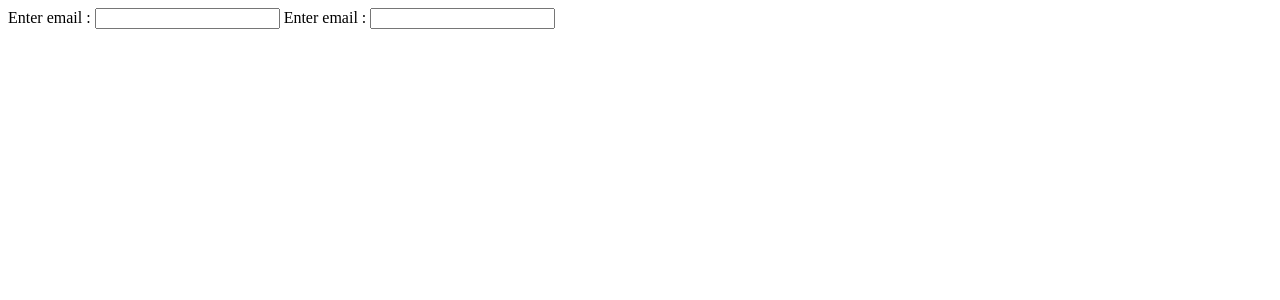
Repository: deepakkthakur/java
Page: GetPostDemo/src/main/webapp/index.html
These files come from the project's save history. The page is drawn as it stood at one moment and after the next save; the edit follows.
The browser window is 1280 px wide. The pictures show the whole page.

Above is the page before, as saved 2024-04-10 08:22:40.

### GetPostDemo/src/main/webapp/index.html
<!DOCTYPE html>
<html>
<head>
<meta charset="ISO-8859-1">
<title>Insert title here</title>
</head>
<body>
<form action="login" method="post">

	Enter email : <input type="email" name="email"/>
	Enter email : <input type="password" name="password"/>
</form>
</body>
</html>

After the next save:
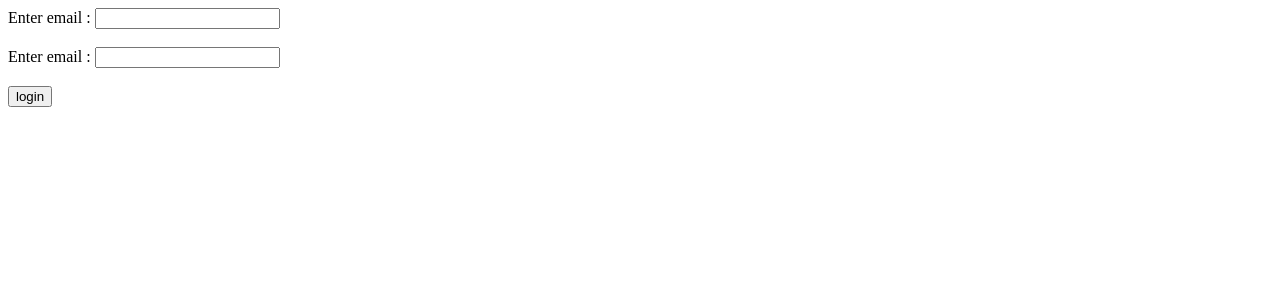
Saved 83 s later.
--- a/GetPostDemo/src/main/webapp/index.html
+++ b/GetPostDemo/src/main/webapp/index.html
@@ -7,8 +7,10 @@
 <body>
 <form action="login" method="post">
 
-	Enter email : <input type="email" name="email"/>
-	Enter email : <input type="password" name="password"/>
+	Enter email : <input type="email" name="email"/><br><br>
+
+	Enter email : <input type="password" name="password"/><br><br>
+	<input type="submit" value="login"/>
 </form>
 </body>
 </html>
